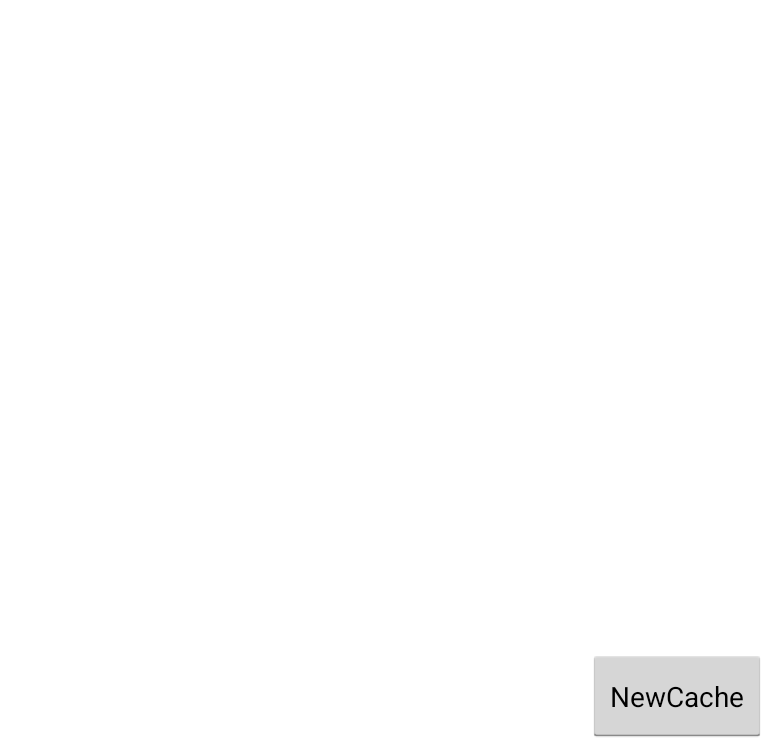
Repository: mpdehnel/seg
Layout: VectorOne/res/layout/activity_maps.xml
An editor plug-in stored every save of this project. The layout is shown before and after the next save, followed by the edit.
The pictures show rows 536 to 1280 of an output 1280 px tall.
It is drawn on a 768 x 1280 px phone screen (xhdpi) without system bars, with theme AppTheme; the app's code is not run.

Above is the layout before, as saved 2013-01-21 20:32:54.

After the next save:
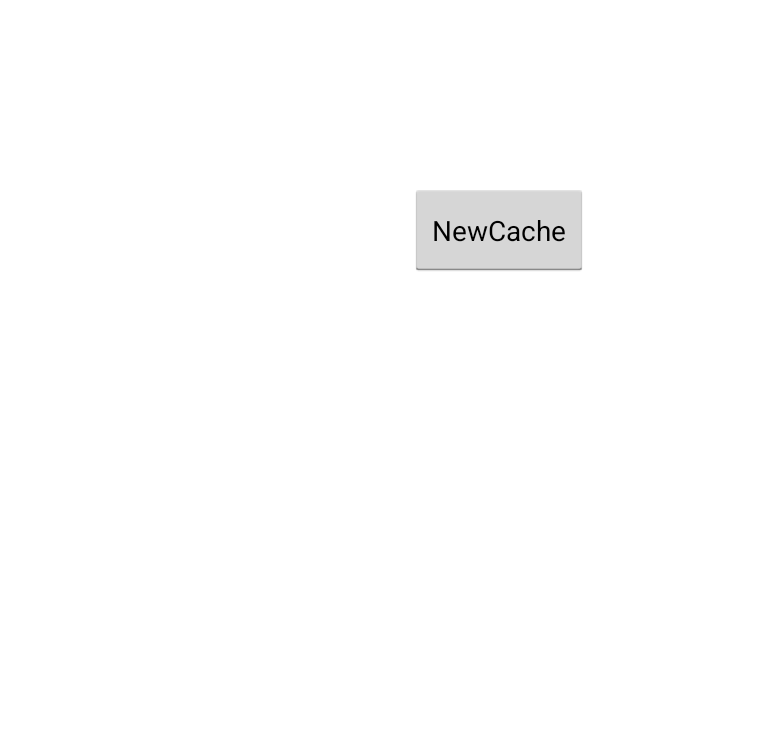
Saved 76 s later.
--- a/VectorOne/res/layout/activity_maps.xml
+++ b/VectorOne/res/layout/activity_maps.xml
@@ -10,6 +10,7 @@
         android:layout_width="84dp"
         android:layout_height="wrap_content"
         android:layout_marginLeft="10sp"
+        android:layout_gravity="right|top"
         android:layout_marginRight="10sp"
         android:layout_marginTop="10sp"
         android:gravity="center_horizontal" />
@@ -31,7 +32,7 @@
         android:id="@+id/setMyPositionasNewCacheButto"
         style="?android:attr/buttonStyleSmall"
         android:layout_column="2"
-        android:layout_gravity="right|bottom"
+
         android:layout_row="2"
         android:text="NewCache" />
 
